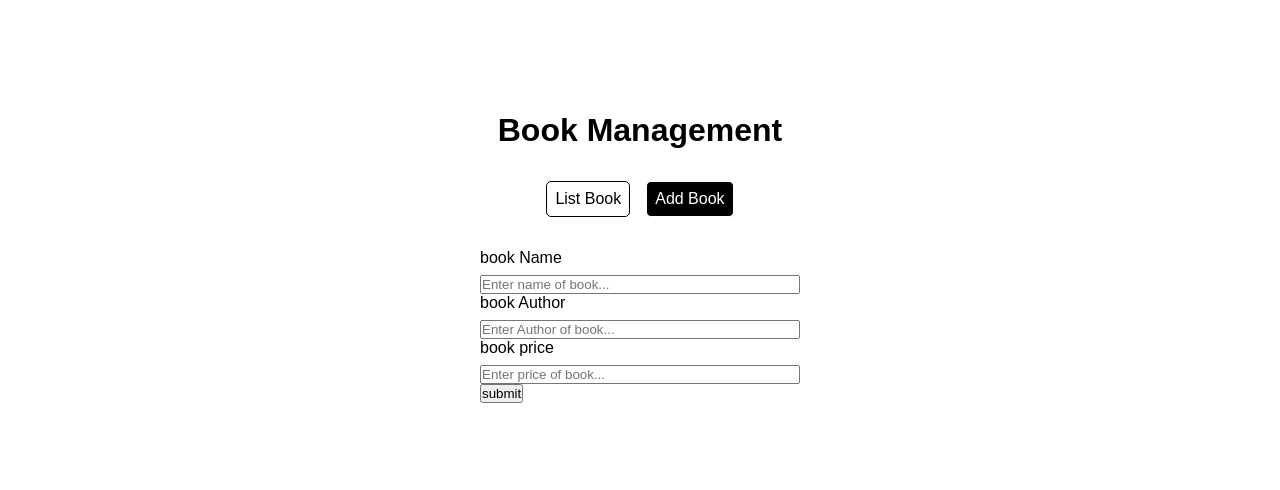
Repository: wakoya-tech/e-library-app1
Page: /add
These files come from the project's save history. The page is drawn as it stood at one moment and after the next save; the edit follows.
The browser window is 1280 px wide. The pictures show the whole page.
The project was rebuilt for these pictures with package versions that can differ from the ones it lists, and the page was loaded fresh each time. Also part of the build but not shown: vite.config.js, src/components/ListBook.jsx.

Above is the page before, as saved 2025-10-11 23:06:48.

### src/main.jsx
import React from 'react'
import ReactDOM from 'react-dom/client'
import { BrowserRouter } from 'react-router-dom'
import App from './App'
ReactDOM.createRoot(document.getElementById('root')).render(
  <React.StrictMode>
    <BrowserRouter>
    <App />
    </BrowserRouter>

  </React.StrictMode>,
)

### src/App.jsx
import './App.css';
import Header from './components/Header.jsx';
import { Routes, Route } from "react-router-dom";
import ListBook from './components/ListBook.jsx';
import AddBook from './components/AddBook.jsx';

function App() {
  return (
    <div className="App">
      <Header />
    <Routes>
     < Route path='/' element={<ListBook/>}/>
     < Route path='/add' element={<AddBook/>}/>
    </Routes>
    </div>
  );
}

export default App;

### src/App.css
*{
  margin: 0;
  padding: 0;
  box-sizing: border-box;
}
body{
  font-family: Arial, Helvetica, sans-serif;
}
.container{
  max-width: 40rem;

  margin: 7rem auto 0;
}
header{
  text-align: center;

}
header nav{
  margin-top: 2rem;
  display: flex;
  justify-content: center;
  gap: 1rem;
}
header nav > a {
  text-decoration: none;
  border: 1px solid;
  padding: 0.5rem;
  border-radius: 5px;
  color: black;
}
header nav > .active{
  background: black;
  color: white;
}
.form{
  margin: 2rem auto;
  max-width: 20rem;
}
.inputField{
  display: flex;
  flex-direction: column;
  gap:0.5rem
}

### src/components/Header.jsx
import React from "react"
import { NavLink } from "react-router-dom"
import { BrowserRouter as Router, Routes, Route } from 'react-router-dom';
function Header(){
    const navigation =[
        {path:'/',name:'List Book'},
        { path:'/add', name:'Add Book'}
    ]
    return(<div className="container">
<header>
    <h1>Book Management</h1>
    <nav>
       {navigation.map(nav=>(
        <NavLink
       key={nav.name}
        to={nav.path}>
{nav.name}
        </NavLink>
       ))}
         </nav>
</header>
    </div>)
}
export default Header

### src/components/AddBook.jsx
import BookForm from "../form/BookForm.jsx"
const AddBook = () =>{
    const handleOnSubmit=()=>{
        console.log("Add new book");
    }
    return(
        <div className="addForm">
            <BookForm handleSubmit={handleOnSubmit}/>
        </div>

    )
}
export default AddBook

### src/form/BookForm.jsx


const  BookForm=({handleSubmit})=> {
const onSubmit=(e)=>{
    e.preventDefault();
    handleSubmit();
}
    const renderInputField = (label,placeholder,name)=>(
        <div className="inputField">

       <label>{label}</label>
            <input name={name} type="text" placeholder={placeholder} />
        </div>
    )
  return (
<form onSubmit={onSubmit} className="form">

{renderInputField('book Name ','Enter name of book...','name')}
{renderInputField('book Author ','Enter Author of book...','author')}
{renderInputField('book price' ,'Enter price of book...','price')}
<button type="submit"className="btnForm">submit</button>
</form>
  )
}

export default BookForm

Loaded but not shown: index.html (common file)

After the next save:
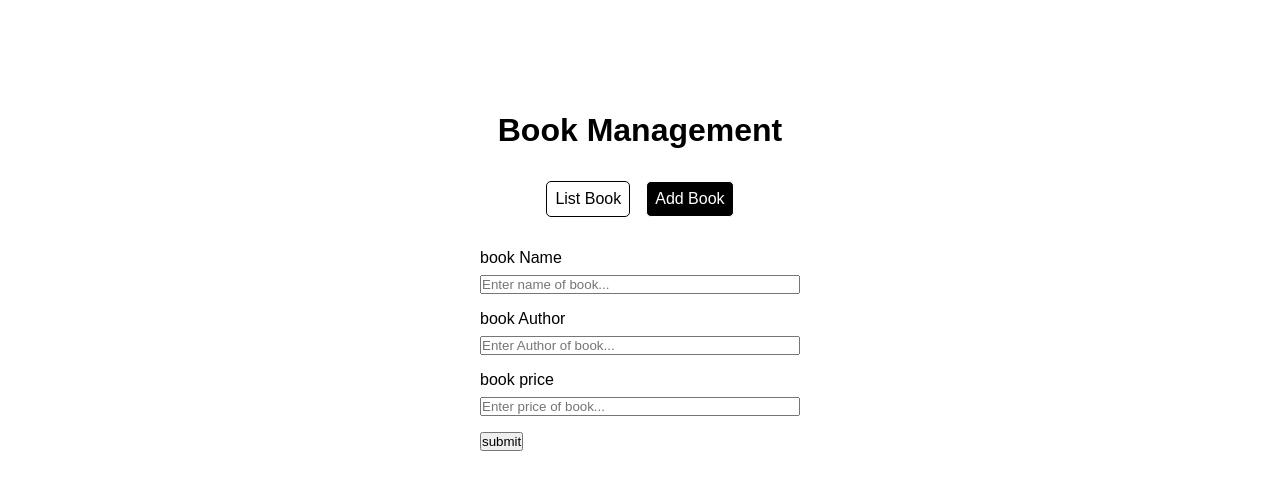
Saved 56 s later.
--- a/src/App.css
+++ b/src/App.css
@@ -39,5 +39,6 @@ header nav > .active{
 .inputField{
   display: flex;
   flex-direction: column;
-  gap:0.5rem
+  gap:0.5rem;
+  margin-bottom:1rem;
 }
